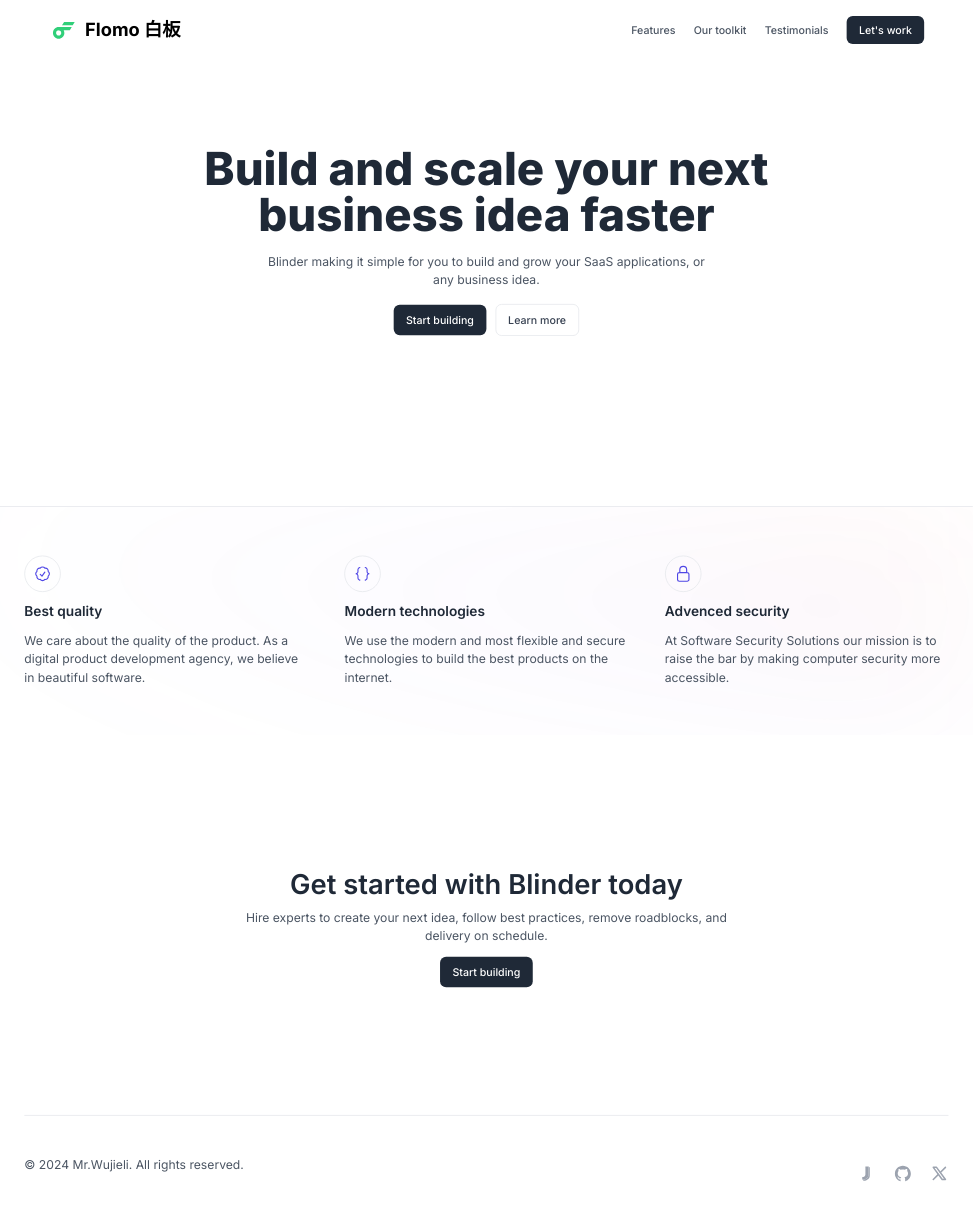
Repository: wujieli0207/flomo-board
Page: /
An editor plug-in stored every save of this project. The page is shown before and after the next save, followed by the edit.
The browser window is 1280 px wide. The pictures show the whole page, at 76% of full size.
The project was rebuilt for these pictures with package versions that can differ from the ones it lists, and the page was loaded fresh each time. The framework's server and built-in components were replaced by stand-ins that run in the browser. Also part of the build but not shown: next.config.mjs.

Above is the page before, as saved 2024-06-22 20:09:24.

After the next save:
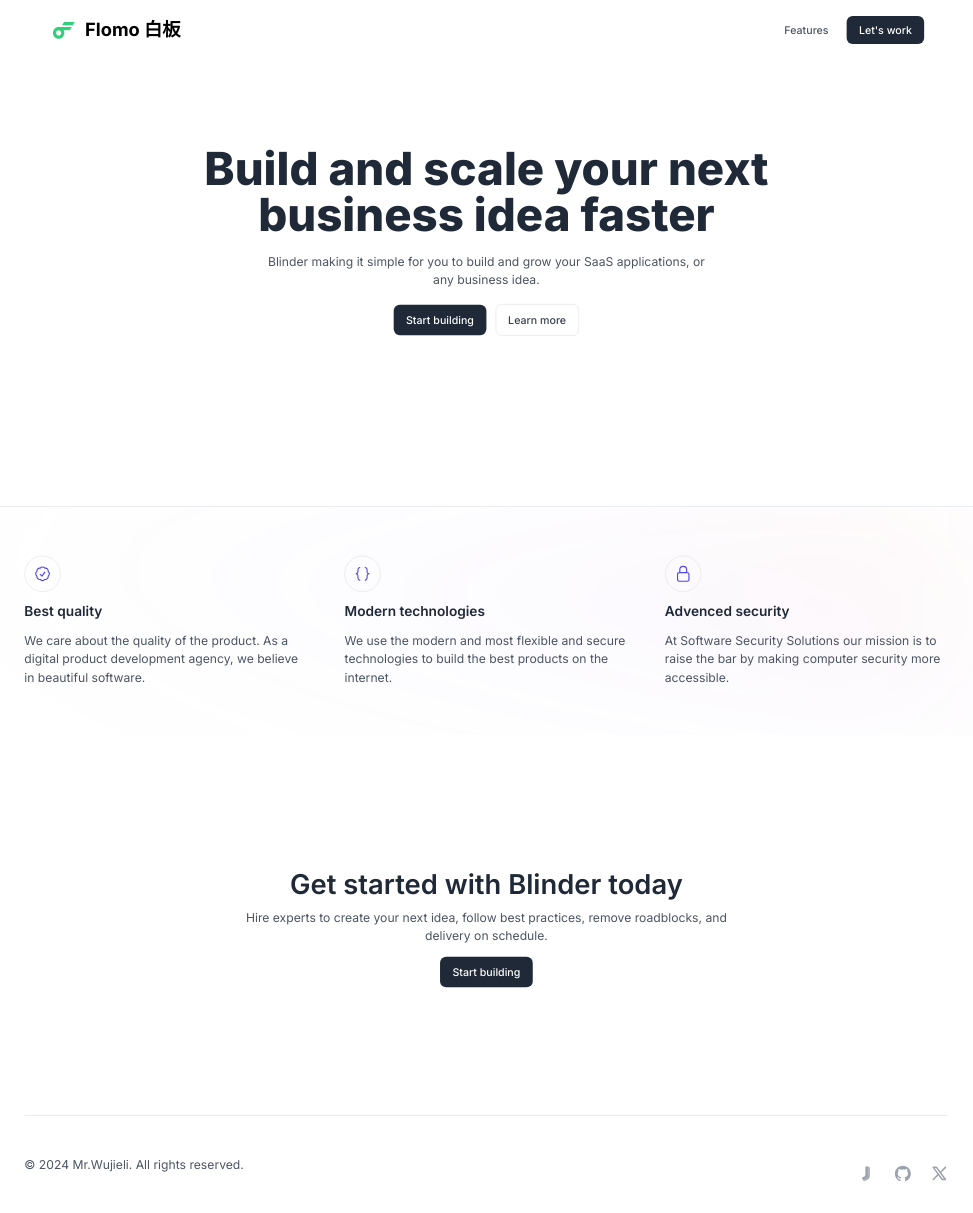
Saved 50 s later.
--- a/components/ui/Navbar/index.tsx
+++ b/components/ui/Navbar/index.tsx
@@ -9,11 +9,7 @@
   const [state, setState] = useState(false)
   // const { events } = useRouter()
 
-  const navigation = [
-    { title: 'Features', path: '#features' },
-    { title: 'Our toolkit', path: '#toolkit' },
-    { title: 'Testimonials', path: '#testimonials' },
-  ]
+  const navigation = [{ title: 'Features', path: '#features' }]
 
   useEffect(() => {
     // Close the navbar menu when navigate
